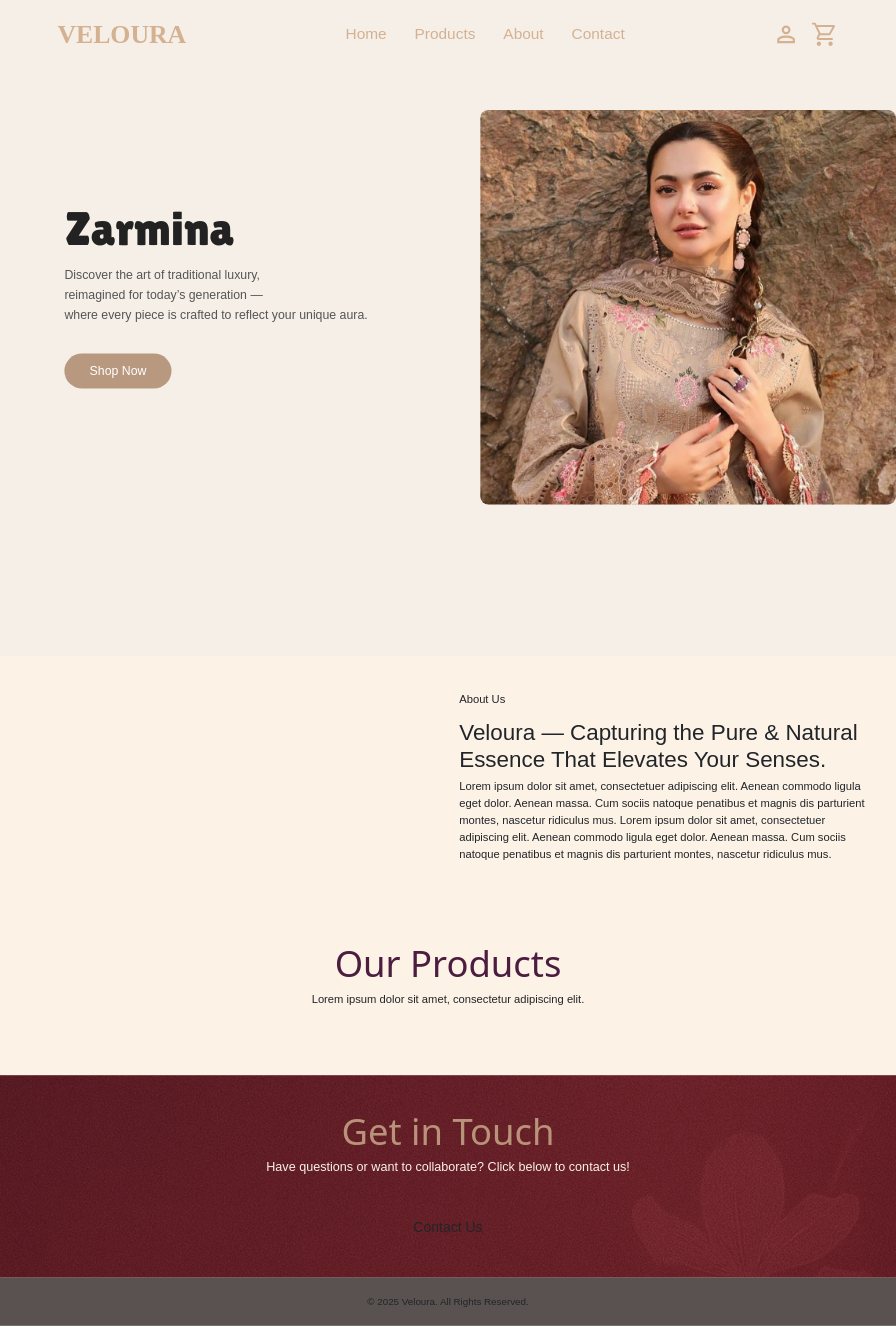
Repository: ayeshatehreem77/Clothing-store
Page: / (app in perfumes-app/)
The author's editor kept a copy of each file at every save. The page is drawn from the files as they stood at one save, then again after the next save.
The browser window is 1280 px wide. The pictures show the whole page, at 70% of full size.
Pictures or frames that could not be fetched are drawn as grey boxes. The page's requests for data from a server got no answer. Some web fonts or font styles are not loaded; a fallback is used. The project was rebuilt for these pictures with package versions that can differ from the ones it lists, and the page was loaded fresh each time. No one was signed in, and anything a server would have sent is missing. Also part of the build but not shown: perfumes-app/src/components/Alert.js.

Above is the page before, as saved 2025-10-28 23:54:31.

### perfumes-app/public/index.html
<!DOCTYPE html>
<html lang="en">

<head>
  <meta charset="utf-8" />
  <link rel="icon" href="%PUBLIC_URL%/favicon.ico" />
  <meta name="viewport" content="width=device-width, initial-scale=1" />
  <meta name="theme-color" content="#000000" />
  <meta name="description" content="Web site created using create-react-app" />
  <link rel="apple-touch-icon" href="%PUBLIC_URL%/logo192.png" />
  <!--
      manifest.json provides metadata used when your web app is installed on a
      user's mobile device or desktop. See https://developers.google.com/web/fundamentals/web-app-manifest/
    -->
  <link rel="manifest" href="%PUBLIC_URL%/manifest.json" />

  <title>Zarmina</title>

  <link rel="preconnect" href="https://fonts.googleapis.com">
  <link rel="preconnect" href="https://fonts.gstatic.com" crossorigin>
  <link href="https://fonts.googleapis.com/css2?family=Libertinus+Serif+Display&family=Lilita+One&display=swap"
    rel="stylesheet">

</head>

<body>
  <noscript>You need to enable JavaScript to run this app.</noscript>
  <div id="root"></div>
  <!--
      This HTML file is a template.
      If you open it directly in the browser, you will see an empty page.

      You can add webfonts, meta tags, or analytics to this file.
      The build step will place the bundled scripts into the <body> tag.

      To begin the development, run `npm start` or `yarn start`.
      To create a production bundle, use `npm run build` or `yarn build`.
    -->
</body>

</html>

### perfumes-app/src/index.js
import React from 'react';
import ReactDOM from 'react-dom/client';
import './index.css';
import 'bootstrap/dist/css/bootstrap.min.css';
import 'bootstrap/dist/js/bootstrap.bundle.min.js';
import App from './App';
import reportWebVitals from './reportWebVitals';
import { AuthProvider } from './context/AuthContext';

const root = ReactDOM.createRoot(document.getElementById('root'));
root.render(
  <React.StrictMode>
    <AuthProvider>
    <App />
    </AuthProvider>
  </React.StrictMode>
);

// If you want to start measuring performance in your app, pass a function
// to log results (for example: reportWebVitals(console.log))
// or send to an analytics endpoint. Learn more: https://bit.ly/CRA-vitals
reportWebVitals();

### perfumes-app/src/context/AuthContext.js
// src/context/AuthContext.js
import React, { createContext, useState, useEffect } from "react";
import axios from "axios";

export const AuthContext = createContext();

export const AuthProvider = ({ children }) => {
  const [user, setUser] = useState(null);

  // ✅ Fetch user details from backend using token
  const fetchUser = async () => {
    const token = localStorage.getItem("token");
    if (!token) return;

    try {
      const res = await axios.get("http://localhost:4000/auth/user", {
        headers: { Authorization: `Bearer ${token}` },
      });
      setUser(res.data); // { userId, email, role }
    } catch (err) {
      console.error("Failed to fetch user:", err);
      localStorage.removeItem("token");
      setUser(null);
    }
  };

  // ✅ Auto-fetch user on first render (if token exists)
  useEffect(() => {
    fetchUser();
  }, []);

  // ✅ Handle login
  const login = async (email, password) => {
    try {
      const res = await axios.post("http://localhost:4000/auth/login", {
        email,
        password,
      });

      // backend returns { authToken: "..." }
      const token = res.data.authToken;
      if (!token) throw new Error("No token returned");

      localStorage.setItem("token", token);
      await fetchUser(); // instantly update user

      return true; // success
    } catch (err) {
      console.error("Login error:", err.response?.data || err.message);
      throw err.response?.data?.message || "Login failed";
    }
  };

  // ✅ Handle logout
  const logout = () => {
    localStorage.removeItem("token");
    setUser(null);
  };

  return (
    <AuthContext.Provider value={{ user, login, logout, fetchUser }}>
      {children}
    </AuthContext.Provider>
  );
};

### perfumes-app/src/App.css
body {
  font-family: 'Poppins', sans-serif;
  background-color: #FCF2E6;
}

html {
  scroll-behavior: smooth;
}


.veloura-logo {
  font-family: 'Playfair Display', serif;
  font-size: 2.3rem;
  color: #D4B191 !important;
}

.navbar {
  background: transparent !important;
}

button.navbar-toggler {
  border: none !important;
}

.navbar-toggler-icon {
  background-image: url("data:[embedded picture, 222 characters]");
}



.nav-link {
  color: #D4B191 !important;
  font-size: 22px;
}

.hero-section {
  background-color: #f5efe7;
  min-height: 100vh;
  display: flex;
  flex-direction: column;
  font-family: "Poppins", sans-serif;
}

/* =============== HERO LAYOUT =============== */
.hero-layout {
 display: flex;
    justify-content: center;
    align-items: flex-start;
    width: 100%;
    max-width: 1400px;
    height: 100vh;
    margin: 60px 0;

}

/* ---------- Left Section ---------- */
.hero-left {
    flex: 1 1;
    position: relative;
    margin: 133px 0px 0 92px;
}

.main-image {
  width: 100%;
  height: 564px;
  border-radius: 12px;
  overflow: hidden; /* ✅ ensures image stays inside box */
  position: relative;
  background-color: #93c5fd;
}

/* Make image fill box properly */
.main-image img {
  width: 100%;
  height: 100%;
  object-fit: cover; /* ✅ maintains aspect ratio without stretching */
  object-position: center;
  display: block;
}


.side-handle {
  position: absolute;
  left: -50px;
  bottom: 50%;
  transform: rotate(-90deg);
  font-size: 14px;
  color: #555;
  letter-spacing: 2px;
}

/* ---------- Right Section ---------- */
.hero-right {
  flex: 1;
  display: flex;
  flex-direction: column;
  justify-content: space-between;
  gap: 2rem;
}

/* Text Area */
.hero-text h2 {
  font-size: 1.6rem;
  color: #6c6c6c;
  margin-bottom: 5px;
  letter-spacing: 2px;
}

.hero-text h1 {
  font-family: "Lilita One", sans-serif;
  font-weight: 400;
  font-style: normal;
  font-size: 4.2rem;
  color: #222;
  line-height: 1.1;
}

.hero-text p {
  font-size: 1.1rem;
  color: #555;
  margin-top: 15px;
  line-height: 1.6;
}

.shop-btn {
  background-color: #b8997f;
  color: white;
  border: none;
  padding: 12px 36px;
  border-radius: 40px;
  font-size: 1.1rem;
  margin-top: 25px;
  cursor: pointer;
  transition: background-color 0.3s ease;
}

.shop-btn:hover {
  background-color: #a3846d;
}

/* Small Image Grid */
.image-grid {
  display: grid;
  grid-template-columns: repeat(2, 1fr);
  gap: 20px;
}

.small-box {
  height: 200px;
  background-color: #93c5fd;
  border-radius: 12px;
}

/* =============== RESPONSIVE DESIGN =============== */
@media (max-width: 992px) {
  .hero-layout {
    flex-direction: column;
    text-align: center;
  }

  .side-handle {
    display: none;
  }

  .hero-text h1 {
    font-size: 3rem;
  }

  .main-image {
    height: 400px;
  }
}


.products-section h2 {
  font-family: "Libertinus Serif Display", system-ui;
  font-weight: 400;
  font-style: normal;
  font-size: 52px;
  color: #4B1D3F;
}

.product-card {
  transition: all 0.3s ease-in-out;
  border-radius: 10px;
  background: transparent;
}

.card-img {
  border-radius: 10px;
  /* background: #FCF2E6; */
  background: #4B1D3F;
}

.product-card:hover {
  transform: translateY(-5px);
}

.card-text,
.card-title {
  font-size: 23px;
  color: #4B1D3F;
}

/* about us */

.aboutus {
  display: grid;
  grid-template-columns: 1fr 1fr;
  gap: 2rem;
  align-items: center;
  padding: 2rem;
  background: #FCF2E6;
}

.right-section video {
  width: 70%;
  max-height: 80vh;
  height: 100%;
  object-fit: cover;
  display: block;
}

/* product details */


.modal-header p {
  font-size: 14px;
  color: #451b277a;
}

.product-img {
  width: 100%;
  border-radius: 10px;
}

.product-title {
  font-family: "Libertinus Serif Display", system-ui;
  font-weight: 400;
  font-style: normal;
  font-size: 36px;
  color: #4B1D3F;
}



.modal-content {
  background: #FCF2E6 !important;
  margin: auto !important;
  height: 98vh;
  overflow: hidden;
}

.breadcrumb-item a {
  text-decoration: none !important;
  color: black !important;
}

.modal-dialog {
  max-width: 900px;
  display: flex;
  align-items: center;
  justify-content: center;
  min-height: calc(100vh - 2rem); /* keeps it centered */
}

/* Optional - pretty scrollbar inside modal */
.modal-content::-webkit-scrollbar {
  width: 8px;
}
.modal-content::-webkit-scrollbar-thumb {
  background: #d4b191;
  border-radius: 10px;
}
.modal-content::-webkit-scrollbar-thumb:hover {
  background: #b8937a;
}

.modal-body {
  padding: 2rem !important;
}

.gender,
.concentration {
  background-color: #D4B191;
  border-radius: 21%;
  padding: 6px 11px;
  margin-bottom: 5px;
}

.add-cart-btn {
  margin-top: 1rem;
  background-color: #D4B191;
  padding: 10px 25px;
  color: #451B27;
  font-weight: 600;
}

.product-detail {
  margin-top: 0;
  margin-bottom: 1rem;
  font-size: 13px;
  color: #8b745e;
}

.btn-close:focus {
  box-shadow: none !important;
  outline: none !important;
}

/* contact us */

.contact-us {
  background-image: url("Assets/contactus2-bg.png");
  background-position: center;
  background-repeat: no-repeat;
  background-size: cover;
}

.contact-section h2 {
  font-family: "Libertinus Serif Display", system-ui;
  font-weight: 400;
  font-style: normal;
  font-size: 52px;
  color: #b8937a;
  text-align: center;
}

.contact-section p {
  font-size: 18px;
  color: #FCF2E6;
  /* accent purple */
  margin-bottom: 3rem;
  text-align: center;
}

.contact-form {
  max-width: 600px;
  margin: 0 auto;
  display: grid;
  gap: 1.5rem;
}

.contact-form input,
.contact-form textarea {
  padding: 1rem 1.2rem;
  border: 2px solid #D4B191;
  /* brand pink/gold */
  border-radius: 10px;
  font-size: 16px;
  width: 100%;
  outline: none;
  transition: border 0.3s, box-shadow 0.3s;
}

.contact-form input:focus,
.contact-form textarea:focus {
  border-color: #5E1E27;
  /* pink highlight */
  box-shadow: 0 0 10px rgba(252, 65, 90, 0.2);
}

.contact-form button {
  background-color: #D4B191;
  color: #451B27;
  padding: 1rem 2.5rem;
  font-size: 18px;
  font-weight: 600;
  border: none;
  border-radius: 10px;
  cursor: pointer;
  transition: transform 0.3s, background 0.3s;
}

.contact-form button:hover {
  background-color: #5E1E27;
  color: #fff;
  transform: scale(1.05);
}

/* Responsive */
@media (max-width: 768px) {
  .contact-form {
    gap: 1rem;
  }

  .contact-section h2 {
    font-size: 36px;
  }

  .contact-section p {
    font-size: 16px;
  }
}

/* Copyright */

footer {
  position: relative;
  bottom: 0;
  width: 100%;
  background-color: #0b0708ac;
}

/* login modal */

.auth-modal-content {
  background-color: #fdf7f2 !important;
  border-radius: 16px;
  border: none;
  box-shadow: 0 4px 20px rgba(0, 0, 0, 0.1);
  height: 90vh !important;
  width: 70%;
}

.auth-title {
  color: #4c0d23;
  font-weight: 700;
}

.auth-login-btn {
  background-color: #4c0d23;
  color: #fff;
  border-radius: 12px;
  transition: background-color 0.3s ease;
}

.auth-login-btn:hover {
  background-color: #300818;
}

.auth-signup-btn {
  border: 2px solid #b8860b;
  color: #b8860b;
  border-radius: 12px;
  background-color: transparent;
  transition: all 0.3s ease;
}

.auth-signup-btn:hover {
  background-color: #b8860b;
  color: #fff;
}

.auth-forgot-link {
  color: #4c0d23;
  text-decoration: none;
  font-weight: 500;
}

.auth-forgot-link:hover {
  text-decoration: underline;
}

.authfade-enter {
  opacity: 0;
  transform: translateY(10px);
}
.authfade-enter-active {
  opacity: 1;
  transform: translateY(0);
  transition: opacity 300ms ease, transform 300ms ease;
}
.authfade-exit {
  opacity: 1;
  transform: translateY(0);
}
.authfade-exit-active {
  opacity: 0;
  transform: translateY(-10px);
  transition: opacity 300ms ease, transform 300ms ease;
}

### perfumes-app/src/components/Aboutus.js
import React, { useEffect, useRef } from 'react';

function Aboutus() {
  const videoRef = useRef(null);

  useEffect(() => {
    if (videoRef.current) {
      const playPromise = videoRef.current.play();
      if (playPromise !== undefined) {
        playPromise.catch((error) => {
          console.log("Autoplay prevented:", error);
        });
      }
    }
  }, []);

  return (
    <div id='about' className="aboutus" style={{  }}>
      <div className="right-section">
        <video
          ref={videoRef}
          autoPlay
          muted
          loop
          playsInline
          style={{ width: "100%", height: "auto", borderRadius: "12px", objectFit: "cover" }}
        >
          <source src="/assets/aboutusvideo.mp4" type="video/mp4" />
          Your browser does not support the video tag.
        </video>
      </div>
      <div className="left-section">
        <p>About Us</p>
        <h2>
          Veloura — Capturing the Pure & Natural Essence That Elevates Your Senses.
        </h2>
        <p>Lorem ipsum dolor sit amet, consectetuer adipiscing elit. Aenean commodo ligula eget dolor. Aenean massa. Cum sociis natoque penatibus et magnis dis parturient montes, nascetur ridiculus mus. Lorem ipsum dolor sit amet, consectetuer adipiscing elit. Aenean commodo ligula eget dolor. Aenean massa. Cum sociis natoque penatibus et magnis dis parturient montes, nascetur ridiculus mus. </p>
      </div>
    </div>
  );
}

export default Aboutus;

### perfumes-app/src/components/ContactForm.js
import React from 'react'

function ContactForm() {
  return (
    <div className='contact-us align-center text-center'>
        <div className='contact-section pt-5'>
      <h2>
        Get in Touch
      </h2>
      <p>
        Have questions or want to collaborate? Click below to contact us!
      </p>
        </div>
      <button
        type="button"
        className="btn btn-lg shopnow-btn mb-5 mt-0"
        data-bs-toggle="modal"
        data-bs-target="#contactModal"
      >
        Contact Us
      </button>
    </div>
  )
}

export default ContactForm

### perfumes-app/src/components/Footer.js
import React from "react";

function Footer() {
  const year = new Date().getFullYear();

  return (
    <footer
      className="text-center py-4"
    >
      <p style={{ margin: 0, fontSize: "14px" }}>
        &copy; {year} Veloura. All Rights Reserved.
      </p>
    </footer>
  );
}

export default Footer;

### perfumes-app/src/components/Hero.js
import React from "react";
import Navbar from "./Navbar";

function Hero() {
  return (
    <div className="hero-section">
      <Navbar />

      <div className="hero-layout">
        {/* Left Main Image Box */}
        <div className="hero-left">
          <div className="hero-text">
            <h1>Zarmina</h1>
            <p>
              Discover the art of traditional luxury, <br/> reimagined for today’s generation — <br/> where every piece is crafted to reflect your unique aura.
            </p>
            <button className="shop-btn">Shop Now</button>
          </div>
        </div>

        {/* Right Side Content */}
        <div className="hero-right">
          <div className="main-image">
            <img src="assets/hero-img1.jpg" alt="" />
          </div>
        </div>
      </div>
    </div>
  );
}

export default Hero;

### perfumes-app/src/components/Products.js
import React, { useEffect, useState } from "react";

function Products({ setSelectedProduct }) {
  const [products, setProducts] = useState([]);
  const [loading, setLoading] = useState(true);

  useEffect(() => {
    const fetchProducts = async () => {
      try {
        const res = await fetch("http://localhost:4000/products");
        const data = await res.json();
        setProducts(data.data || data);
      } catch (error) {
        console.error("Failed to fetch products:", error);
      } finally {
        setLoading(false);
      }
    };

    fetchProducts();
  }, []);

  if (loading) return <p className="text-center">Loading products...</p>;

  return (
    <div id="products" className="products-section py-5">
      <div className="container w-75">
        <div className="product-text text-center mb-5">
          <h2>Our Products</h2>
          <p className="mx-5 mb-5">
            Lorem ipsum dolor sit amet, consectetur adipiscing elit.
          </p>
        </div>

        <div className="row">
          {products.map((product) => (
            <div className="col-md-4 mb-4" key={product._id}>
              <div
                className="card border-0 product-card h-100"
                data-bs-toggle="modal"
                data-bs-target="#productsDetails"
                onClick={() => setSelectedProduct(product)}
              >
                <img
                  src={`http://localhost:4000${product.images?.[0]?.url}`}
                  className="card-img card-img-top"
                  alt={product.name}
                />
                <div className="card-body text-center">
                  <h5 className="card-title">{product.name}</h5>
                  <p className="card-text">${product.price}</p>
                </div>
              </div>
            </div>
          ))}
        </div>
      </div>
    </div>
  );
}

export default Products;

### perfumes-app/src/components/Navbar.js
import React, { useContext } from "react";
import { AuthContext } from "../context/AuthContext";

function Navbar() {
  const { user, logout } = useContext(AuthContext);

  return (
    <nav className="navbar navbar-expand-lg py-3">
      <div className="container d-flex justify-content-between align-items-center">
        <a className="navbar-brand fw-bold text-uppercase veloura-logo" href="/">
          Veloura
        </a>

        <ul className="navbar-nav mx-auto d-lg-flex flex-row gap-4">
          <li className="nav-item"><a className="nav-link" href="/">Home</a></li>
          <li className="nav-item"><a className="nav-link" href="#products">Products</a></li>
          <li className="nav-item"><a className="nav-link" href="#about">About</a></li>
          <li className="nav-item">
            <a className="nav-link" href="/" data-bs-toggle="modal" data-bs-target="#contactModal">Contact</a>
          </li>
        </ul>

        <div className="d-none d-lg-flex align-items-center gap-3">
            <a
              className="nav-link p-0"
              href="#"
              data-bs-toggle="modal"
              data-bs-target="#authModal"
            >
              <svg xmlns="http://www.w3.org/2000/svg" height="38px" viewBox="0 -960 960 960" width="38px" fill="#D4B191"><path d="M480-480q-66 0-113-47t-47-113q0-66 47-113t113-47q66 0 113 47t47 113q0 66-47 113t-113 47ZM160-160v-112q0-34 17.5-62.5T224-378q62-31 126-46.5T480-440q66 0 130 15.5T736-378q29 15 46.5 43.5T800-272v112H160Zm80-80h480v-32q0-11-5.5-20T700-306q-54-27-109-40.5T480-360q-56 0-111 13.5T260-306q-9 5-14.5 14t-5.5 20v32Zm240-320q33 0 56.5-23.5T560-640q0-33-23.5-56.5T480-720q-33 0-56.5 23.5T400-640q0 33 23.5 56.5T480-560Zm0-80Zm0 400Z" /></svg>
            </a>

          <a
            href="#"
            className="nav-link"
            data-bs-toggle="modal"
            data-bs-target="#cartModal"
          >
            <svg xmlns="http://www.w3.org/2000/svg" height="40px" viewBox="0 -960 960 960" width="40px" fill="#D4B191"><path d="M284.53-80.67q-30.86 0-52.7-21.97Q210-124.62 210-155.47q0-30.86 21.98-52.7Q253.95-230 284.81-230t52.69 21.98q21.83 21.97 21.83 52.83t-21.97 52.69q-21.98 21.83-52.83 21.83Zm400 0q-30.86 0-52.7-21.97Q610-124.62 610-155.47q0-30.86 21.98-52.7Q653.95-230 684.81-230t52.69 21.98q21.83 21.97 21.83 52.83t-21.97 52.69q-21.98 21.83-52.83 21.83ZM238.67-734 344-515.33h285.33l120-218.67H238.67ZM206-800.67h589.38q22.98 0 34.97 20.84 11.98 20.83.32 41.83L693.33-490.67q-11 19.34-28.87 30.67-17.87 11.33-39.13 11.33H324l-52 96h487.33V-286H278q-43 0-63-31.83-20-31.84-.33-68.17l60.66-111.33-149.33-316H47.33V-880h121.34L206-800.67Zm138 285.34h285.33H344Z"/></svg>
          </a>
        </div>
      </div>
    </nav>
  );
}

export default Navbar;

Loaded but not shown: perfumes-app/src/index.css (common file); perfumes-app/src/reportWebVitals.js (common file); perfumes-app/src/components/Login.js (294 lines, source omitted); perfumes-app/src/components/ProductsDetails.js (160 lines, source omitted); perfumes-app/src/components/AddToCart.js (158 lines, source omitted); perfumes-app/src/components/ContactModal.js (121 lines, source omitted); perfumes-app/src/App.js (116 lines, source omitted)

After the next save:
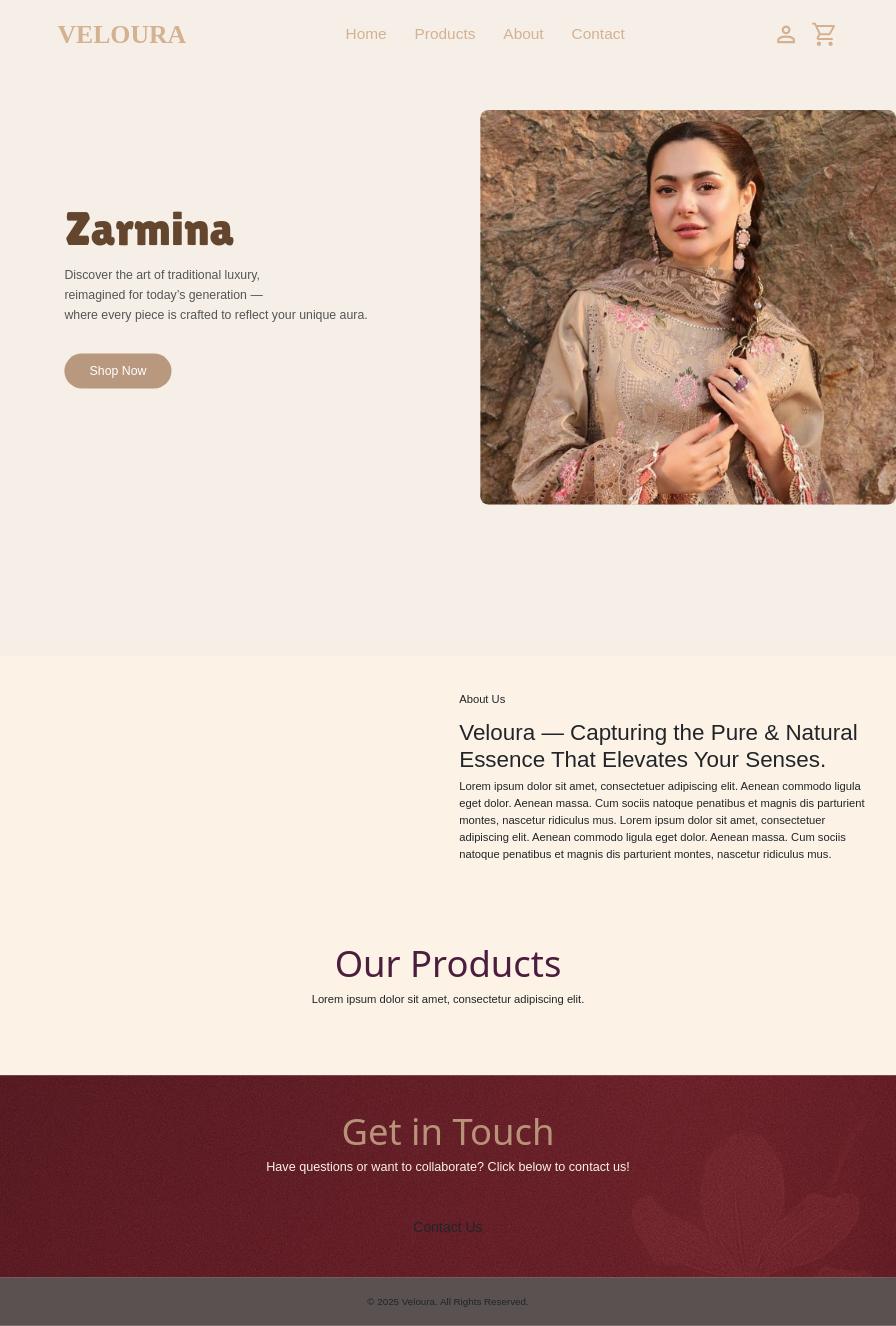
Saved 39 s later.
--- a/perfumes-app/src/App.css
+++ b/perfumes-app/src/App.css
@@ -111,7 +111,7 @@ button.navbar-toggler {
   font-weight: 400;
   font-style: normal;
   font-size: 4.2rem;
-  color: #222;
+  color: #64462F;
   line-height: 1.1;
 }
 
